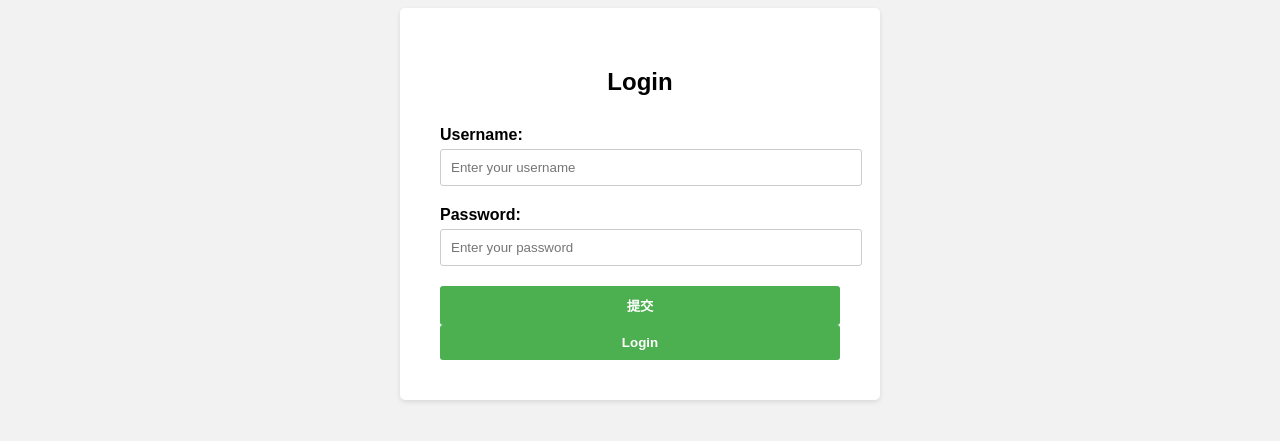
Repository: SHR-sky/EmbeddedSystem
Page: WebServer/HTML/login.html
The author's editor kept a copy of each file at every save. The page is drawn from the files as they stood at one save, then again after the next save.
The browser window is 1280 px wide. The pictures show the whole page.

Above is the page before, as saved 2024-07-06 18:34:58.

### WebServer/HTML/login.html
<!DOCTYPE html>
<html lang="en">
  <head>
    <meta charset="UTF-8" />
    <meta name="viewport" content="width=device-width, initial-scale=1.0" />
    <title>Login Page</title>
    <style>
      body {
        background-color: #f2f2f2;
        font-family: Arial, sans-serif;
      }
      .container {
        max-width: 400px;
        margin: 0 auto;
        padding: 40px;
        background-color: #fff;
        border-radius: 5px;
        box-shadow: 0 2px 5px rgba(0, 0, 0, 0.1);
      }
      h2 {
        text-align: center;
        margin-bottom: 30px;
      }
      .form-group {
        margin-bottom: 20px;
      }
      label {
        display: block;
        font-weight: bold;
        margin-bottom: 5px;
      }
      input[type="text"],
      input[type="password"] {
        width: 100%;
        padding: 10px;
        border: 1px solid #ccc;
        border-radius: 3px;
      }
      .btn {
        display: block;
        width: 100%;
        padding: 10px;
        background-color: #4caf50;
        color: #fff;
        font-weight: bold;
        text-align: center;
        text-decoration: none;
        border: none;
        border-radius: 3px;
        cursor: pointer;
      }
      .btn:hover {
        background-color: #45a049;
      }
    </style>
  </head>

  <body>
    <div class="container">
      <h2>Login</h2>
      <form>
        <div class="form-group">
          <label for="username">Username:</label>
          <input
            type="text"
            id="username"
            name="username"
            placeholder="Enter your username"
          />
        </div>
        <div class="form-group">
          <label for="password">Password:</label>
          <input
            type="password"
            id="password"
            name="password"
            placeholder="Enter your password"
          />
        </div>
        <input class="btn" type="submit" value="提交" />
        <button class="btn" type="submit">Login</button>
      </form>
    </div>
  </body>
</html>

After the next save:
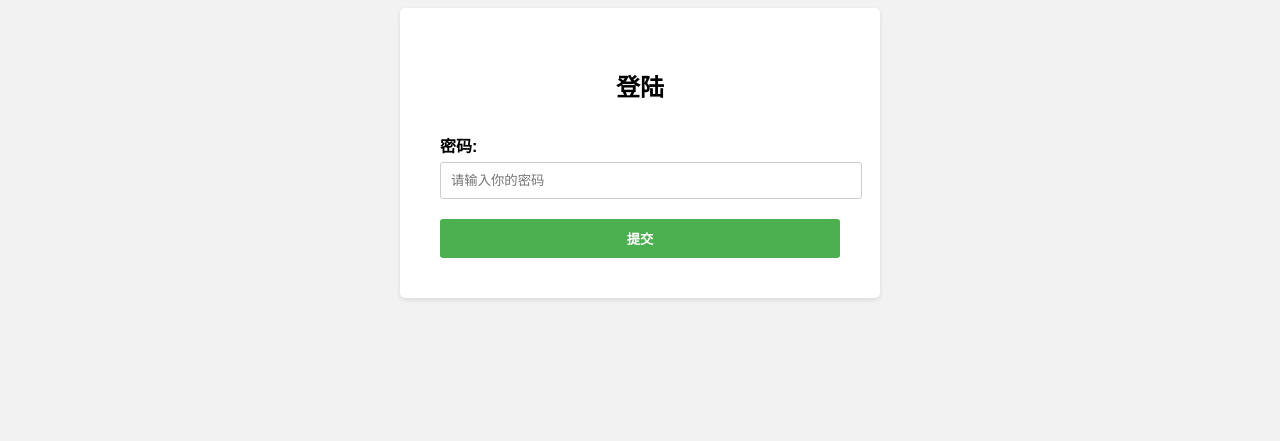
Saved 10 min 2 s later.
--- a/WebServer/HTML/login.html
+++ b/WebServer/HTML/login.html
@@ -3,7 +3,7 @@
   <head>
     <meta charset="UTF-8" />
     <meta name="viewport" content="width=device-width, initial-scale=1.0" />
-    <title>Login Page</title>
+    <title>{{.title}}</title>
     <style>
       body {
         background-color: #f2f2f2;
@@ -57,28 +57,21 @@
 
   <body>
     <div class="container">
-      <h2>Login</h2>
-      <form>
+      <h2>登陆</h2>
+      <form
+        action="{{.address}}/login"
+        method="post"
+        action="application/x-www-form-urlencoded"
+      >
         <div class="form-group">
-          <label for="username">Username:</label>
+          <label>密码:</label>
           <input
-            type="text"
-            id="username"
-            name="username"
-            placeholder="Enter your username"
+            type="password"
+            name="userpassword"
+            placeholder="请输入你的密码"
           />
         </div>
-        <div class="form-group">
-          <label for="password">Password:</label>
-          <input
-            type="password"
-            id="password"
-            name="password"
-            placeholder="Enter your password"
-          />
-        </div>
-        <input class="btn" type="submit" value="提交" />
-        <button class="btn" type="submit">Login</button>
+        <button class="btn" type="submit">提交</button>
       </form>
     </div>
   </body>
